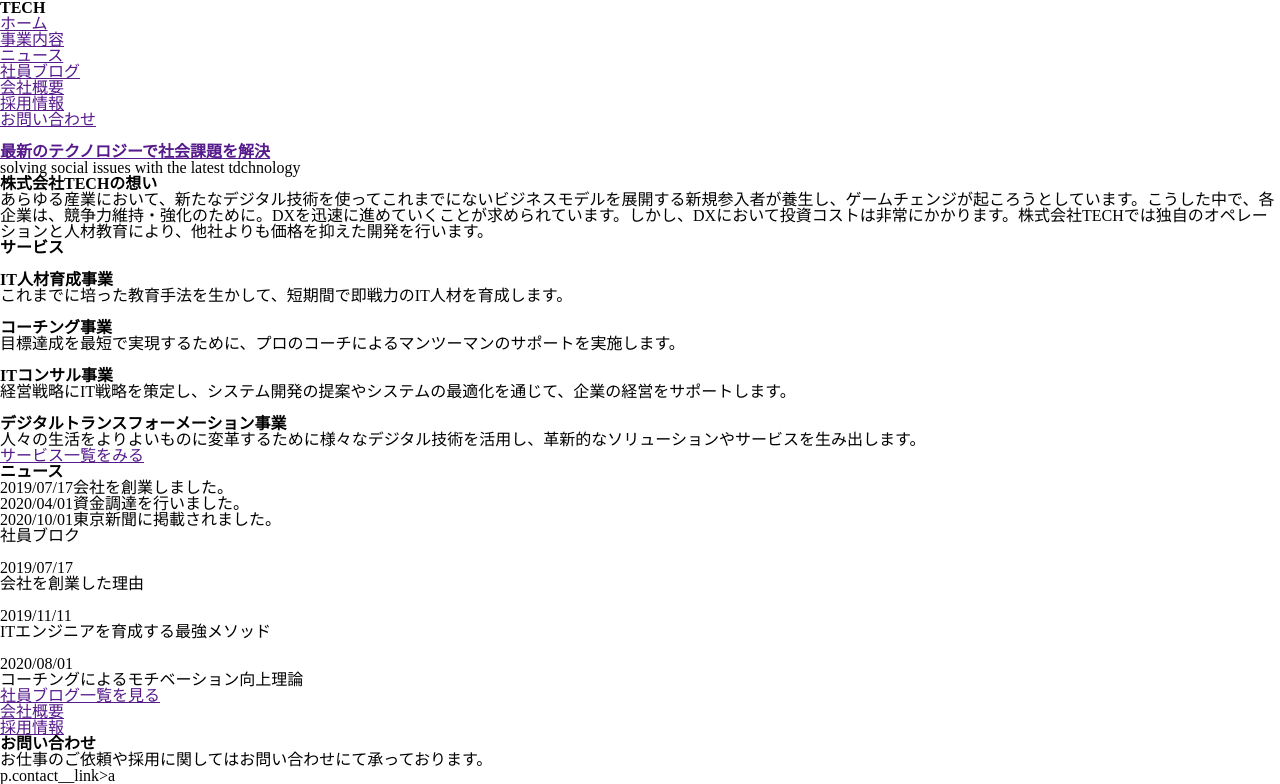
Repository: masanarimiura/20220516_miura
Page: index.html
The author's editor kept a copy of each file at every save. The page is drawn from the files as they stood at one save, then again after a run of saves.
The browser window is 1280 px wide. The pictures show the whole page.

Above is the page before, as saved 2022-05-13 15:47:10.

### index.html
<!DOCTYPE html>
<html lang="ja">

<head>
  <meta charset="UTF-8">
  <meta http-equiv="X-UA-Compatible" content="IE=edge">
  <meta name="viewport" content="width=device-width, initial-scale=1.0">
  <title>Document</title>
  <link rel="stylesheet" href="css/reset.css">
  <link rel="stylesheet" href="css/index.css">
</head>

<body>

  <header class="header">
    <h2 class="header__ttl">TECH</h2>
    <nav class="header__nav">
      <ul>
        <li><a href="" class="header__nav__item1">ホーム</a></li>
        <li><a href="" class="header__nav__item2">事業内容</a></li>
        <li><a href="" class="header__nav__item3">ニュース</a></li>
        <li><a href="" class="header__nav__item4">社員ブログ</a></li>
        <li><a href="" class="header__nav__item5">会社概要</a></li>
        <li><a href="" class="header__nav__item6">採用情報</a></li>
        <li><a href="" class="header__nav__item7">お問い合わせ</a></li>
      </ul>
    </nav>
  </header>

  <div class="eyecatch">
    <img src="" alt="" class="eyecatch__img">
    <div class="eyecatch__content">
      <h2 class="eyecatch__content__ttl"><a href="" class="link">最新のテクノロジーで社会課題を解決</a></h2>
      <p class="eyecatch__content__ttl">solving social issues with the latest tdchnology</p>
    </div>
  </div>

  <div class="message">
    <h1 class="message__ttl">株式会社TECHの想い</h1>
    <p class="message__txt">
      あらゆる産業において、新たなデジタル技術を使ってこれまでにないビジネスモデルを展開する新規参入者が養生し、ゲームチェンジが起ころうとしています。こうした中で、各企業は、競争力維持・強化のために。DXを迅速に進めていくことが求められています。しかし、DXにおいて投資コストは非常にかかります。株式会社TECHでは独自のオペレーションと人材教育により、他社よりも価格を抑えた開発を行います。
    </p>
  </div>

  <div class="service">
    <h2 class="service__ttl">サービス</h2>
    <div class="service__inner">
      <div class="service__box1">
        <img src="" alt="" class="service__box__img">
        <h3 class="service__box__ttl">IT人材育成事業</h3>
        <p class="service__box__txt">これまでに培った教育手法を生かして、短期間で即戦力のIT人材を育成します。</p>
      </div>
      <div class="service__box2">
        <img src="" alt="" class="service__box__img">
        <h3 class="service__box__ttl">コーチング事業</h3>
        <p class="service__box__txt">目標達成を最短で実現するために、プロのコーチによるマンツーマンのサポートを実施します。</p>
      </div>
      <div class="service__box3">
        <img src="" alt="" class="service__box__img">
        <h3 class="service__box__ttl">ITコンサル事業</h3>
        <p class="service__box__txt">経営戦略にIT戦略を策定し、システム開発の提案やシステムの最適化を通じて、企業の経営をサポートします。</p>
      </div>
      <div class="service__box4">
        <img src="" alt="" class="service__box__img">
        <h3 class="service__box__ttl">デジタルトランスフォーメーション事業</h3>
        <p class="service__box__txt">人々の生活をよりよいものに変革するために様々なデジタル技術を活用し、革新的なソリューションやサービスを生み出します。</p>
      </div>
    </div>
    <div class="service__link"><a href="" class="">サービス一覧をみる</a></div>
  </div>

  <div class="news">
    <div class="news__ttl">
      <h2 class="news__ttl-txt">ニュース</h2>
      <div class="news__ttl-link"><a href=""></a></div>
    </div>
    <div class="news__content">
      <ul class="news__content-inner">
        <li class="news__content-tpic1">
          <p><a herf="">2019/07/17<span>会社を創業しました。</span></a></p>
        </li>
        <li class="news__content-tpic2">
          <p><a herf="">2020/04/01<span>資金調達を行いました。</span></a></p>
        </li>
        <li class="news__content-tpic3">
          <p><a herf="">2020/10/01<span>東京新聞に掲載されました。</span></a></p>
        </li>
      </ul>
    </div>
  </div>

  <div class="blog">
    <h class="blog__ttl">社員ブロク</h>
    <div class="blog__inner">
      <div class="blog__box1">
        <a href=""><img src="" alt="" class="blog__img"></a>
        <p class="blog__date">2019/07/17</p>
        <p class="blog__txt">会社を創業した理由</p>
      </div>
      <div class="blog__box2">
        <a href=""><img src="" alt="" class="blog__img"></a>
        <p class="blog__date">2019/11/11</p>
        <p class="blog__txt">ITエンジニアを育成する最強メソッド</p>
      </div>
      <div class="blog__box3">
        <a href=""><img src="" alt="" class="blog__img"></a>
        <p class="blog__date">2020/08/01</p>
        <p class="blog__txt">コーチングによるモチベーション向上理論</p>
      </div>
    </div>
    <div class="blog__link"><a href="">社員ブログ一覧を見る</a></div>
  </div>

  <div class="info">
    <a href="">
      <div class="info__company">
        <p class="info__company__ttl">会社概要</p>
      </div>
    </a>
    <a href="">
      <div class="info__recruit">
        <p class="info__recruit__ttl">採用情報</p>
      </div>
    </a>
  </div>

  <div class="contact">
    <h2 class="contact__ttl">お問い合わせ</h2>
    <p class="contact__txt">お仕事のご依頼や採用に関してはお問い合わせにて承っております。</p>
    p.contact__link>a
  </div>



  <script src="js/main.js"></script>
</body>

</html>

### css/reset.css
/*
html5doctor.com Reset Stylesheet
v1.6.1
Last Updated: 2010-09-17
Author: Richard Clark - http://richclarkdesign.com
Twitter: @rich_clark
*/
html,
body,
div,
span,
object,
iframe,
h1,
h2,
h3,
h4,
h5,
h6,
p,
blockquote,
pre,
abbr,
address,
cite,
code,
del,
dfn,
em,
img,
ins,
kbd,
q,
samp,
small,
strong,
sub,
sup,
var,
b,
i,
dl,
dt,
dd,
ol,
ul,
li,
fieldset,
form,
label,
legend,
table,
caption,
tbody,
tfoot,
thead,
tr,
th,
td,
article,
aside,
canvas,
details,
figcaption,
figure,
footer,
header,
hgroup,
menu,
nav,
section,
summary,
time,
mark,
audio,
video {
  margin: 0;
  padding: 0;
  border: 0;
  outline: 0;
  font-size: 100%;
  vertical-align: baseline;
  background: transparent;
}

body {
  line-height: 1;
}

article,
aside,
details,
figcaption,
figure,
footer,
header,
hgroup,
menu,
nav,
section {
  display: block;
}

nav ul {
  list-style: none;
}

blockquote,
q {
  quotes: none;
}

blockquote:before,
blockquote:after,
q:before,
q:after {
  content: "";
  content: none;
}

a {
  margin: 0;
  padding: 0;
  font-size: 100%;
  vertical-align: baseline;
  background: transparent;
}

/* change colours to suit your needs */
ins {
  background-color: #ff9;
  color: #000;
  text-decoration: none;
}

/* change colours to suit your needs */
mark {
  background-color: #ff9;
  color: #000;
  font-style: italic;
  font-weight: bold;
}

del {
  text-decoration: line-through;
}

abbr[title],
dfn[title] {
  border-bottom: 1px dotted;
  cursor: help;
}

table {
  border-collapse: collapse;
  border-spacing: 0;
}

/* change border colour to suit your needs */
hr {
  display: block;
  height: 1px;
  border: 0;
  border-top: 1px solid #cccccc;
  margin: 1em 0;
  padding: 0;
}

input,
select {
  vertical-align: middle;
}

Loaded but not shown: css/index.css (no copy from this time; the picture is the same without it); js/main.js (no copy from this time; the picture is the same without it)

After the next 2 saves:
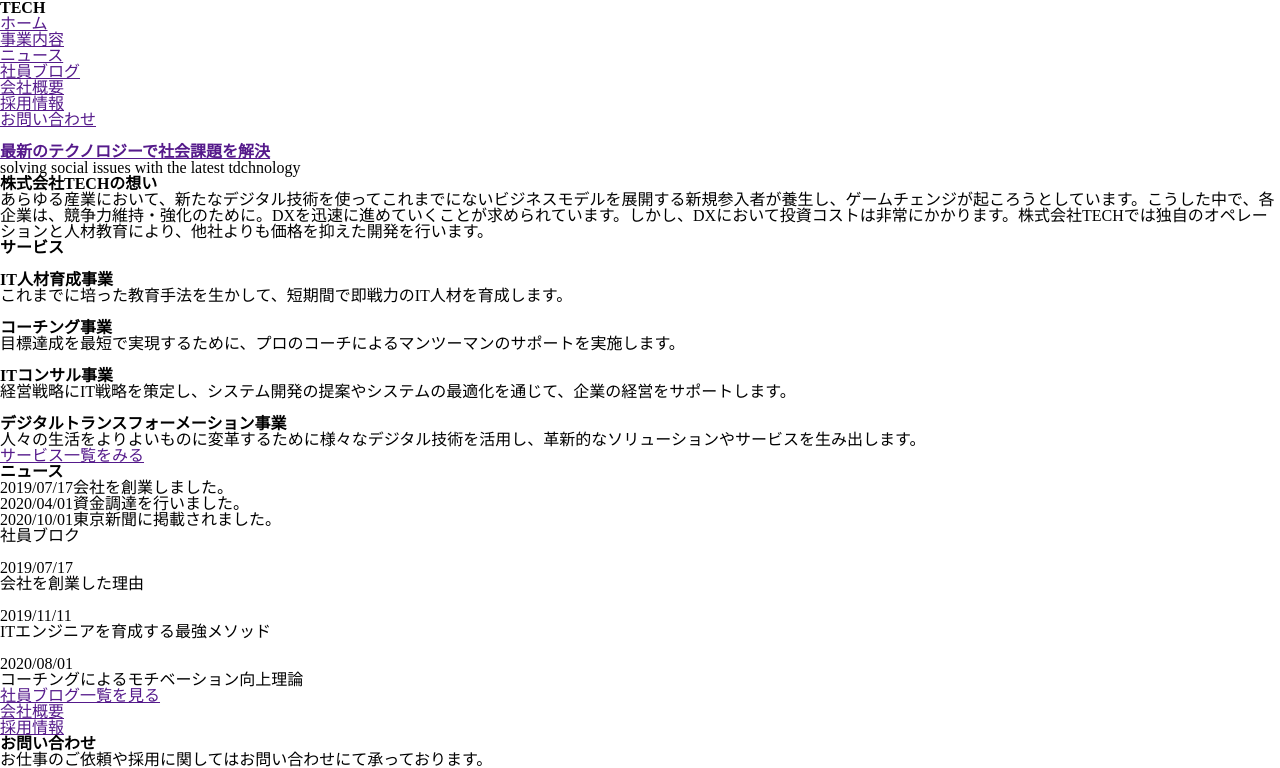
The 2 saves are shown as one change because they came seconds apart.
The last was saved 11 s later.
--- a/index.html
+++ b/index.html
@@ -127,7 +127,7 @@
   <div class="contact">
     <h2 class="contact__ttl">お問い合わせ</h2>
     <p class="contact__txt">お仕事のご依頼や採用に関してはお問い合わせにて承っております。</p>
-    p.contact__link>a
+    <p class="contact__link"><a href=""></a></p>
   </div>
 
 
